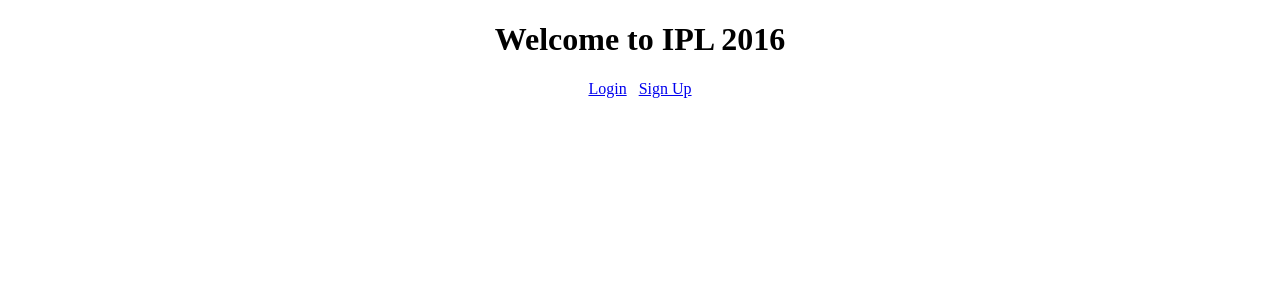
Repository: Suhail-Ahmad-Khan/Document-Signer
Page: http://localhost/DocumentSigner/
The author's editor kept a copy of each file at every save. The page is drawn from the files as they stood at one save, then again after the next save.
The browser window is 1280 px wide. The pictures show the whole page.
The page is served by Tomcat 9.

Above is the page before, as saved 2016-12-14 10:32:00.

After the next save:
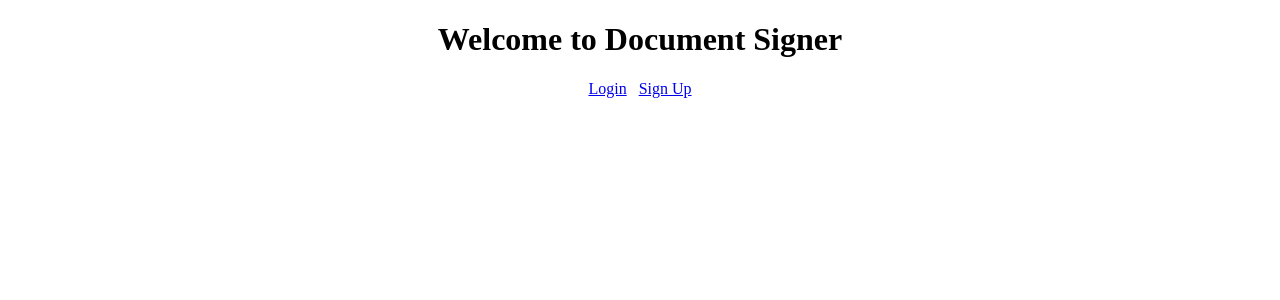
Saved 31 s later.
--- a/DocumentSigner/src/main/webapp/index.jsp
+++ b/DocumentSigner/src/main/webapp/index.jsp
@@ -7,7 +7,7 @@
 <title>My IPL App</title>
 </head>
 <body style="text-align: center">
-	<h1>Welcome to IPL 2016</h1>
+	<h1>Welcome to Document Signer</h1>
 	<a href="loginPage">Login</a>&nbsp;&nbsp;
 	<a href="signupPage">Sign Up</a>
 	<!-- <a href="index.jsp">index</a>&nbsp;&nbsp; -->
